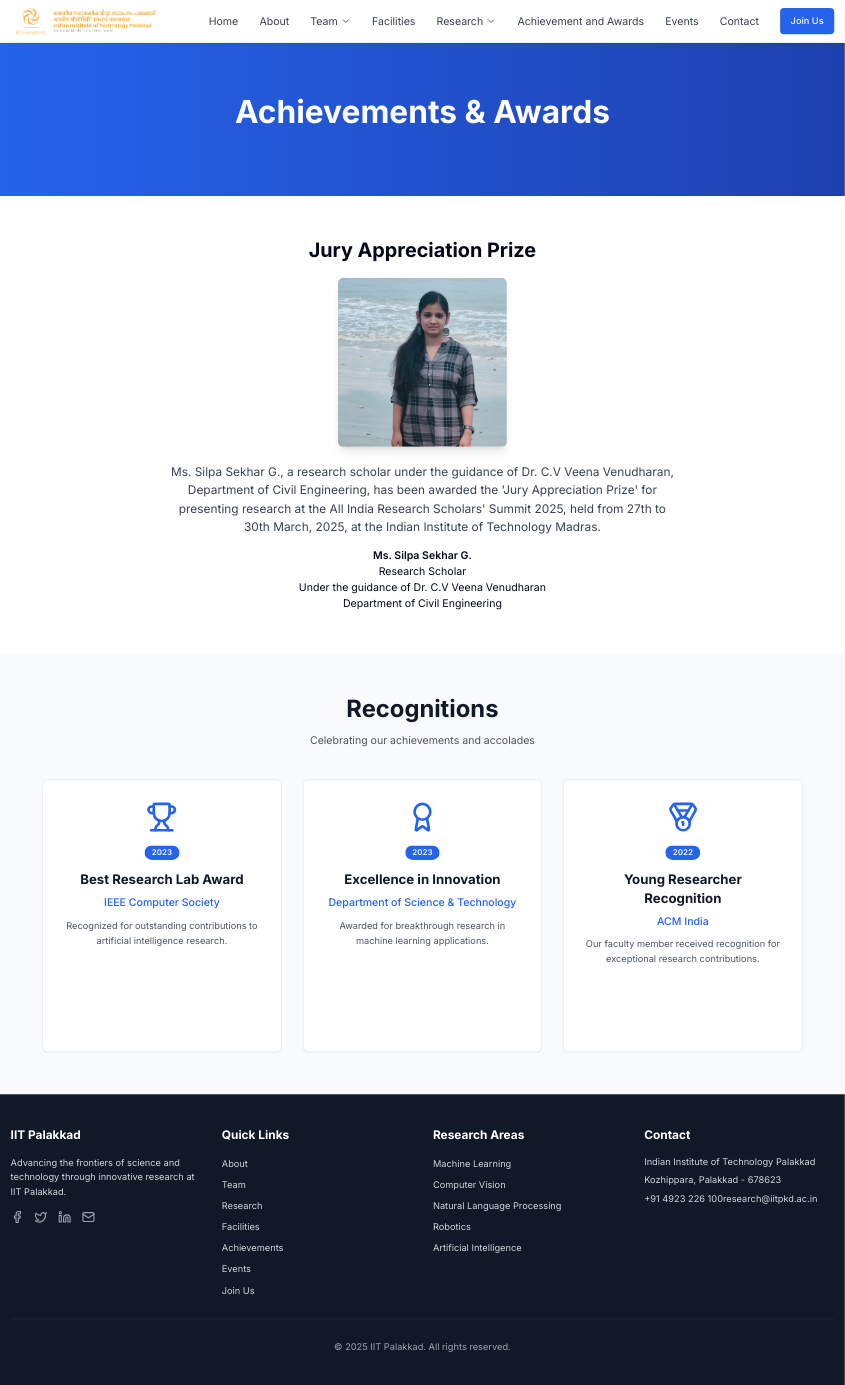
Repository: Gopikrish-30/ARISE
Page: /achievements
These files come from the project's save history. The page is drawn as it stood at one moment and after a run of saves; the edit follows.
The browser window is 1280 px wide. The pictures show the whole page, at 66% of full size.
The project was rebuilt for these pictures with package versions that can differ from the ones it lists, and the page was loaded fresh each time. The framework's server and built-in components were replaced by stand-ins that run in the browser. Also part of the build but not shown: next.config.mjs.

Above is the page before, as saved 2025-06-29 18:21:45.

### app/layout.tsx
import type React from "react"
import type { Metadata } from "next"
import { Inter } from "next/font/google"
import "./globals.css"
import { Navbar } from "@/components/navbar"
import { Footer } from "@/components/footer"

const inter = Inter({ subsets: ["latin"] })

export const metadata: Metadata = {
  title: "IIT Palakkad - Department Showcase",
  description: "Advancing the frontiers of science and technology through innovative research at IIT Palakkad",
}

export default function RootLayout({
  children,
}: {
  children: React.ReactNode
}) {
  return (
    <html lang="en">
      <body className={inter.className}>
        <Navbar />
        <main className="min-h-screen">{children}</main>
        <Footer />
      </body>
    </html>
  )
}

### app/achievements/page.tsx
"use client"

import Image from "next/image"
import { Recognitions } from "@/components/recognitions"

export default function AchievementsPage() {
  const achievement = {
    title: "Jury Appreciation Prize",
    description: `Ms. Silpa Sekhar G., a research scholar under the guidance of Dr. C.V Veena Venudharan, Department of Civil Engineering, has been awarded the 'Jury Appreciation Prize' for presenting research at the All India Research Scholars' Summit 2025, held from 27th to 30th March, 2025, at the Indian Institute of Technology Madras.`,
    imageSrc: "/Profile Photos/Silpa.jpg",
    imageAlt: "Ms. Silpa Sekhar G.",
  }

  return (
    <div className="bg-white min-h-screen">
      {/* Hero Section */}
      <section className="bg-gradient-to-r from-blue-600 to-blue-800 text-white py-20">
        <div className="container mx-auto px-4 text-center">
          <h1 className="text-4xl md:text-5xl font-bold mb-6">Achievements & Awards</h1>
        </div>
      </section>

      {/* Single Achievement Section */}
      <section className="py-16">
        <div className="container mx-auto px-4 flex flex-col items-center text-center">
          <h2 className="text-3xl font-bold mb-6">{achievement.title}</h2>
          <div className="w-64 h-64 mb-6 relative rounded-lg overflow-hidden shadow-lg">
            <Image
              src={achievement.imageSrc}
              alt={achievement.imageAlt}
              fill
              style={{ objectFit: "cover" }}
              priority
            />
          </div>
          <p className="max-w-3xl text-lg text-gray-700">{achievement.description}</p>
          <p className="mt-4 font-semibold">Ms. Silpa Sekhar G.</p>
          <p>Research Scholar</p>
          <p>Under the guidance of Dr. C.V Veena Venudharan</p>
          <p>Department of Civil Engineering</p>
        </div>
      </section>

      {/* Achievements Grid Section */}
      <Recognitions />
    </div>
  )
}

### app/globals.css
@tailwind base;
@tailwind components;
@tailwind utilities;

@layer base {
  :root {
    --background: 0 0% 100%;
    --foreground: 222.2 84% 4.9%;
    --card: 0 0% 100%;
    --card-foreground: 222.2 84% 4.9%;
    --popover: 0 0% 100%;
    --popover-foreground: 222.2 84% 4.9%;
    --primary: 221.2 83.2% 53.3%;
    --primary-foreground: 210 40% 98%;
    --secondary: 210 40% 96%;
    --secondary-foreground: 222.2 84% 4.9%;
    --muted: 210 40% 96%;
    --muted-foreground: 215.4 16.3% 46.9%;
    --accent: 210 40% 96%;
    --accent-foreground: 222.2 84% 4.9%;
    --destructive: 0 84.2% 60.2%;
    --destructive-foreground: 210 40% 98%;
    --border: 214.3 31.8% 91.4%;
    --input: 214.3 31.8% 91.4%;
    --ring: 221.2 83.2% 53.3%;
    --radius: 0.5rem;
  }

  .dark {
    --background: 222.2 84% 4.9%;
    --foreground: 210 40% 98%;
    --card: 222.2 84% 4.9%;
    --card-foreground: 210 40% 98%;
    --popover: 222.2 84% 4.9%;
    --popover-foreground: 210 40% 98%;
    --primary: 217.2 91.2% 59.8%;
    --primary-foreground: 222.2 84% 4.9%;
    --secondary: 217.2 32.6% 17.5%;
    --secondary-foreground: 210 40% 98%;
    --muted: 217.2 32.6% 17.5%;
    --muted-foreground: 215 20.2% 65.1%;
    --accent: 217.2 32.6% 17.5%;
    --accent-foreground: 210 40% 98%;
    --destructive: 0 62.8% 30.6%;
    --destructive-foreground: 210 40% 98%;
    --border: 217.2 32.6% 17.5%;
    --input: 217.2 32.6% 17.5%;
    --ring: 224.3 76.3% 94.1%;
  }
}

@layer base {
  * {
    @apply border-border;
  }
  body {
    @apply bg-background text-foreground;
  }
}

@layer utilities {
  .line-clamp-3 {
    display: -webkit-box;
    -webkit-line-clamp: 3;
    -webkit-box-orient: vertical;
    overflow: hidden;
  }
}

### components/footer.tsx
"use client"

import Link from "next/link"
import { Facebook, Twitter, Linkedin, Mail } from "lucide-react"

export function Footer() {
  const handleSocialClick = (platform: string) => {
    const socialLinks = {
      facebook: "https://facebook.com/iitpalakkad",
      twitter: "https://twitter.com/iitpalakkad",
      linkedin: "https://linkedin.com/school/iit-palakkad",
      email: "mailto:info@iitpkd.ac.in",
    }

    if (platform === "email") {
      window.location.href = socialLinks.email
    } else {
      window.open(socialLinks[platform], "_blank", "noopener,noreferrer")
    }
  }

  return (
    <footer className="bg-gray-900 text-white">
      <div className="container mx-auto px-4 py-12">
        <div className="grid md:grid-cols-4 gap-8">
          {/* About */}
          <div>
            <h3 className="text-lg font-bold mb-4">IIT Palakkad</h3>
            <p className="text-gray-300 text-sm leading-relaxed mb-4">
              Advancing the frontiers of science and technology through innovative research at IIT Palakkad.
            </p>
            <div className="flex space-x-4">
              <Facebook
                className="w-5 h-5 text-gray-400 hover:text-white cursor-pointer transition-colors"
                onClick={() => handleSocialClick("facebook")}
              />
              <Twitter
                className="w-5 h-5 text-gray-400 hover:text-white cursor-pointer transition-colors"
                onClick={() => handleSocialClick("twitter")}
              />
              <Linkedin
                className="w-5 h-5 text-gray-400 hover:text-white cursor-pointer transition-colors"
                onClick={() => handleSocialClick("linkedin")}
              />
              <Mail
                className="w-5 h-5 text-gray-400 hover:text-white cursor-pointer transition-colors"
                onClick={() => handleSocialClick("email")}
              />
            </div>
          </div>

          {/* Quick Links */}
          <div>
            <h3 className="text-lg font-bold mb-4">Quick Links</h3>
            <ul className="space-y-2">
              <li>
                <Link href="/about" className="text-gray-300 hover:text-white text-sm">
                  About
                </Link>
              </li>
              <li>
                <Link href="/team" className="text-gray-300 hover:text-white text-sm">
                  Team
                </Link>
              </li>
              <li>
                <Link href="/research" className="text-gray-300 hover:text-white text-sm">
                  Research
                </Link>
              </li>
              <li>
                <Link href="/facilities" className="text-gray-300 hover:text-white text-sm">
                  Facilities
                </Link>
              </li>
              <li>
                <Link href="/achievements" className="text-gray-300 hover:text-white text-sm">
                  Achievements
                </Link>
              </li>
              <li>
                <Link href="/events" className="text-gray-300 hover:text-white text-sm">
                  Events
                </Link>
              </li>
              <li>
                <Link href="/join-us" className="text-gray-300 hover:text-white text-sm">
                  Join Us
                </Link>
              </li>
            </ul>
          </div>

          {/* Research Areas */}
          <div>
            <h3 className="text-lg font-bold mb-4">Research Areas</h3>
            <ul className="space-y-2">
              <li>
                <span className="text-gray-300 text-sm">Machine Learning</span>
              </li>
              <li>
                <span className="text-gray-300 text-sm">Computer Vision</span>
              </li>
              <li>
                <span className="text-gray-300 text-sm">Natural Language Processing</span>
              </li>
              <li>
                <span className="text-gray-300 text-sm">Robotics</span>
              </li>
              <li>
                <span className="text-gray-300 text-sm">Artificial Intelligence</span>
              </li>
            </ul>
          </div>

          {/* Contact */}
          <div>
            <h3 className="text-lg font-bold mb-4">Contact</h3>
            <div className="space-y-2 text-sm text-gray-300">
              <p>Indian Institute of Technology Palakkad</p>
              <p>Kozhippara, Palakkad - 678623</p>
              <button
                onClick={() => (window.location.href = "tel:+914923226100")}
                className="hover:text-white transition-colors cursor-pointer"
              >
                +91 4923 226 100
              </button>
              <button
                onClick={() => (window.location.href = "mailto:research@iitpkd.ac.in")}
                className="hover:text-white transition-colors cursor-pointer"
              >
                research@iitpkd.ac.in
              </button>
            </div>
          </div>
        </div>

        <div className="border-t border-gray-800 mt-8 pt-8 text-center">
          <p className="text-gray-400 text-sm">© {new Date().getFullYear()} IIT Palakkad. All rights reserved.</p>
        </div>
      </div>
    </footer>
  )
}

### components/recognitions.tsx
"use client"

import { Card, CardContent } from "@/components/ui/card"
import { Badge } from "@/components/ui/badge"
import { Award, Trophy, Medal } from "lucide-react"
import { Button } from "@/components/ui/button"

export function Recognitions() {
  const recognitions = [
    {
      title: "Best Research Lab Award",
      organization: "IEEE Computer Society",
      year: "2023",
      description: "Recognized for outstanding contributions to artificial intelligence research.",
      icon: Trophy,
    },
    {
      title: "Excellence in Innovation",
      organization: "Department of Science & Technology",
      year: "2023",
      description: "Awarded for breakthrough research in machine learning applications.",
      icon: Award,
    },
    {
      title: "Young Researcher Recognition",
      organization: "ACM India",
      year: "2022",
      description: "Our faculty member received recognition for exceptional research contributions.",
      icon: Medal,
    },
  ]

  const handleRecognitionClick = (recognition: any) => {
    // Navigate to achievements page with specific recognition
    window.location.href = "/achievements"
  }

  const handleViewCertificate = (recognition: any) => {
    // Open certificate or award details
    window.open(`/certificates/${recognition.title.toLowerCase().replace(/\s+/g, "-")}.pdf`, "_blank")
  }

  return (
    <section className="py-16 bg-gray-50">
      <div className="container mx-auto px-4">
        <div className="text-center mb-12">
          <h2 className="text-3xl md:text-4xl font-bold text-gray-900 mb-4">Recognitions</h2>
          <p className="text-gray-600">Celebrating our achievements and accolades</p>
        </div>

        <div className="grid md:grid-cols-3 gap-8 max-w-6xl mx-auto">
          {recognitions.map((recognition, index) => (
            <Card
              key={index}
              className="text-center hover:shadow-lg transition-shadow cursor-pointer group"
              onClick={() => handleRecognitionClick(recognition)}
            >
              <CardContent className="p-8">
                <recognition.icon className="w-12 h-12 text-blue-600 mx-auto mb-4" />
                <Badge className="mb-4">{recognition.year}</Badge>
                <h3 className="text-xl font-bold text-gray-900 mb-2">{recognition.title}</h3>
                <p className="text-blue-600 font-medium mb-3">{recognition.organization}</p>
                <p className="text-gray-600 text-sm leading-relaxed">{recognition.description}</p>
                <div className="mt-4 space-y-2 opacity-0 group-hover:opacity-100 transition-opacity">
                  <Button
                    size="sm"
                    className="w-full bg-blue-600 hover:bg-blue-700"
                    onClick={(e) => {
                      e.stopPropagation()
                      handleViewCertificate(recognition)
                    }}
                  >
                    View Certificate
                  </Button>
                  <Button
                    size="sm"
                    variant="outline"
                    className="w-full"
                    onClick={(e) => {
                      e.stopPropagation()
                      handleRecognitionClick(recognition)
                    }}
                  >
                    Learn More
                  </Button>
                </div>
              </CardContent>
            </Card>
          ))}
        </div>
      </div>
    </section>
  )
}

### components/ui/button.tsx
import * as React from "react"
import { Slot } from "@radix-ui/react-slot"
import { cva, type VariantProps } from "class-variance-authority"

import { cn } from "@/lib/utils"

const buttonVariants = cva(
  "inline-flex items-center justify-center gap-2 whitespace-nowrap rounded-md text-sm font-medium ring-offset-background transition-colors focus-visible:outline-none focus-visible:ring-2 focus-visible:ring-ring focus-visible:ring-offset-2 disabled:pointer-events-none disabled:opacity-50 [&_svg]:pointer-events-none [&_svg]:size-4 [&_svg]:shrink-0",
  {
    variants: {
      variant: {
        default: "bg-primary text-primary-foreground hover:bg-primary/90",
        destructive:
          "bg-destructive text-destructive-foreground hover:bg-destructive/90",
        outline:
          "border border-input bg-background hover:bg-accent hover:text-accent-foreground",
        secondary:
          "bg-secondary text-secondary-foreground hover:bg-secondary/80",
        ghost: "hover:bg-accent hover:text-accent-foreground",
        link: "text-primary underline-offset-4 hover:underline",
      },
      size: {
        default: "h-10 px-4 py-2",
        sm: "h-9 rounded-md px-3",
        lg: "h-11 rounded-md px-8",
        icon: "h-10 w-10",
      },
    },
    defaultVariants: {
      variant: "default",
      size: "default",
    },
  }
)

export interface ButtonProps
  extends React.ButtonHTMLAttributes<HTMLButtonElement>,
    VariantProps<typeof buttonVariants> {
  asChild?: boolean
}

const Button = React.forwardRef<HTMLButtonElement, ButtonProps>(
  ({ className, variant, size, asChild = false, ...props }, ref) => {
    const Comp = asChild ? Slot : "button"
    return (
      <Comp
        className={cn(buttonVariants({ variant, size, className }))}
        ref={ref}
        {...props}
      />
    )
  }
)
Button.displayName = "Button"

export { Button, buttonVariants }

### components/ui/card.tsx
import * as React from "react"

import { cn } from "@/lib/utils"

const Card = React.forwardRef<
  HTMLDivElement,
  React.HTMLAttributes<HTMLDivElement>
>(({ className, ...props }, ref) => (
  <div
    ref={ref}
    className={cn(
      "rounded-lg border bg-card text-card-foreground shadow-sm",
      className
    )}
    {...props}
  />
))
Card.displayName = "Card"

const CardHeader = React.forwardRef<
  HTMLDivElement,
  React.HTMLAttributes<HTMLDivElement>
>(({ className, ...props }, ref) => (
  <div
    ref={ref}
    className={cn("flex flex-col space-y-1.5 p-6", className)}
    {...props}
  />
))
CardHeader.displayName = "CardHeader"

const CardTitle = React.forwardRef<
  HTMLDivElement,
  React.HTMLAttributes<HTMLDivElement>
>(({ className, ...props }, ref) => (
  <div
    ref={ref}
    className={cn(
      "text-2xl font-semibold leading-none tracking-tight",
      className
    )}
    {...props}
  />
))
CardTitle.displayName = "CardTitle"

const CardDescription = React.forwardRef<
  HTMLDivElement,
  React.HTMLAttributes<HTMLDivElement>
>(({ className, ...props }, ref) => (
  <div
    ref={ref}
    className={cn("text-sm text-muted-foreground", className)}
    {...props}
  />
))
CardDescription.displayName = "CardDescription"

const CardContent = React.forwardRef<
  HTMLDivElement,
  React.HTMLAttributes<HTMLDivElement>
>(({ className, ...props }, ref) => (
  <div ref={ref} className={cn("p-6 pt-0", className)} {...props} />
))
CardContent.displayName = "CardContent"

const CardFooter = React.forwardRef<
  HTMLDivElement,
  React.HTMLAttributes<HTMLDivElement>
>(({ className, ...props }, ref) => (
  <div
    ref={ref}
    className={cn("flex items-center p-6 pt-0", className)}
    {...props}
  />
))
CardFooter.displayName = "CardFooter"

export { Card, CardHeader, CardFooter, CardTitle, CardDescription, CardContent }

### components/ui/badge.tsx
import * as React from "react"
import { cva, type VariantProps } from "class-variance-authority"

import { cn } from "@/lib/utils"

const badgeVariants = cva(
  "inline-flex items-center rounded-full border px-2.5 py-0.5 text-xs font-semibold transition-colors focus:outline-none focus:ring-2 focus:ring-ring focus:ring-offset-2",
  {
    variants: {
      variant: {
        default:
          "border-transparent bg-primary text-primary-foreground hover:bg-primary/80",
        secondary:
          "border-transparent bg-secondary text-secondary-foreground hover:bg-secondary/80",
        destructive:
          "border-transparent bg-destructive text-destructive-foreground hover:bg-destructive/80",
        outline: "text-foreground",
      },
    },
    defaultVariants: {
      variant: "default",
    },
  }
)

export interface BadgeProps
  extends React.HTMLAttributes<HTMLDivElement>,
    VariantProps<typeof badgeVariants> {}

function Badge({ className, variant, ...props }: BadgeProps) {
  return (
    <div className={cn(badgeVariants({ variant }), className)} {...props} />
  )
}

export { Badge, badgeVariants }

Loaded but not shown: lib/utils.ts (common file); tailwind.config.ts (common file); components/ui/dropdown-menu.tsx (200 lines, source omitted); components/navbar.tsx (125 lines, source omitted)

After the next 14 saves:
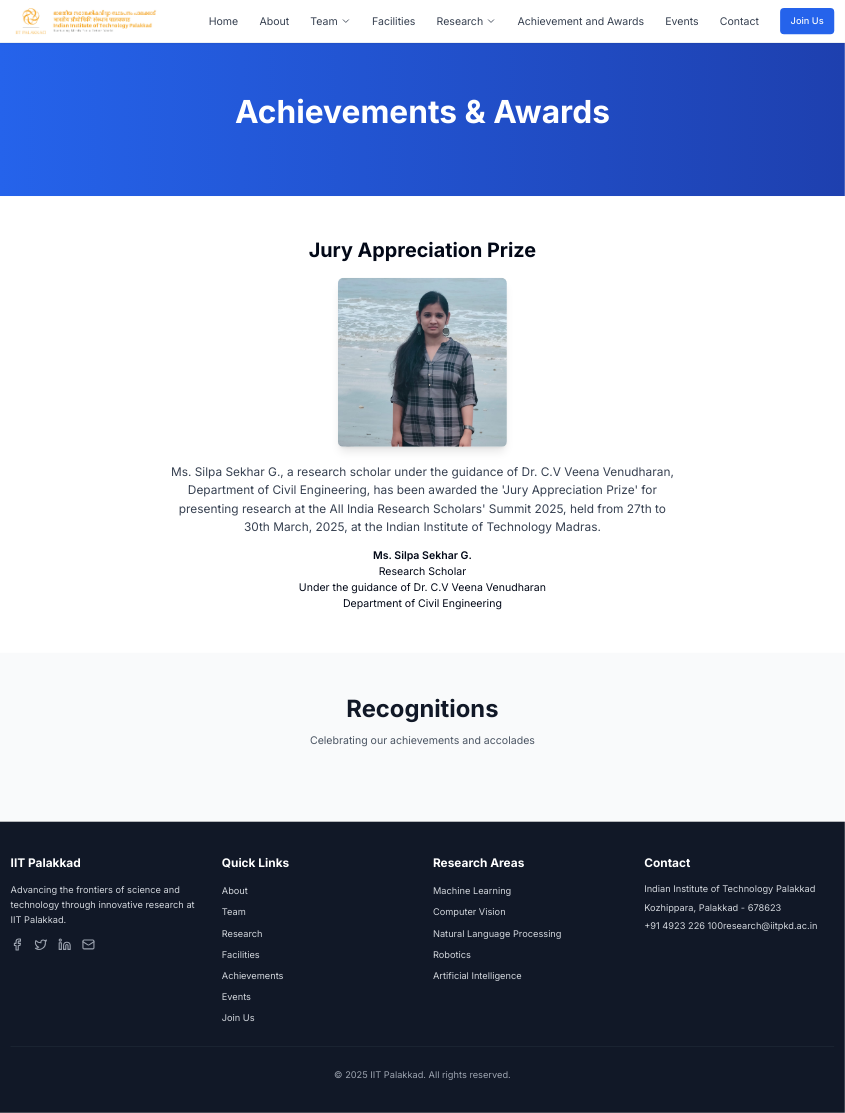
The 14 saves are shown as one change because they came seconds apart.
The last was saved 8 min 51 s later.
--- a/components/recognitions.tsx
+++ b/components/recognitions.tsx
@@ -7,27 +7,7 @@
 
 export function Recognitions() {
   const recognitions = [
-    {
-      title: "Best Research Lab Award",
-      organization: "IEEE Computer Society",
-      year: "2023",
-      description: "Recognized for outstanding contributions to artificial intelligence research.",
-      icon: Trophy,
-    },
-    {
-      title: "Excellence in Innovation",
-      organization: "Department of Science & Technology",
-      year: "2023",
-      description: "Awarded for breakthrough research in machine learning applications.",
-      icon: Award,
-    },
-    {
-      title: "Young Researcher Recognition",
-      organization: "ACM India",
-      year: "2022",
-      description: "Our faculty member received recognition for exceptional research contributions.",
-      icon: Medal,
-    },
+    // Recognitions data removed as per user request
   ]
 
   const handleRecognitionClick = (recognition: any) => {
